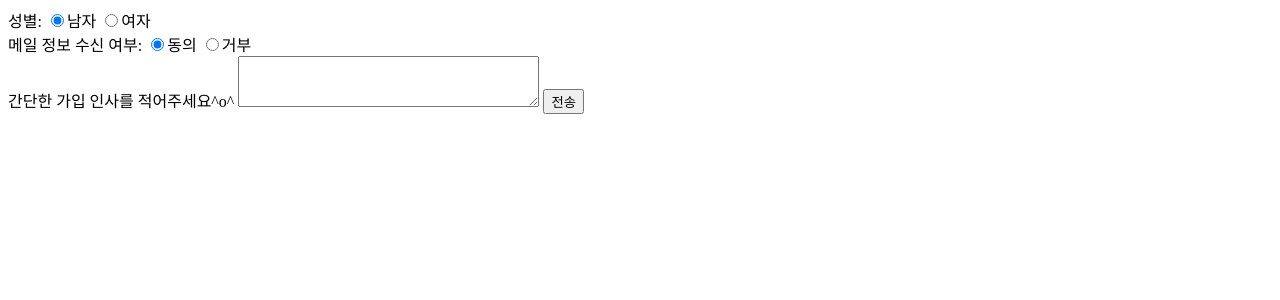
Repository: Yoon-jae-min/JSP-Servlet_Study
Page: http://localhost/web-study-02/08_radio.jsp
These files come from the project's save history. The page is drawn as it stood at one moment and after the next save; the edit follows.
The browser window is 1280 px wide. The pictures show the whole page.
The page is served by Tomcat 10. Other server files are loaded and not shown.

Above is the page before, as saved 2024-06-06 08:26:49.

### JSP&Servlet-Study/web-study-02/src/main/webapp/08_radio.jsp
<%@ page language="java" contentType="text/html; charset=EUC-KR"
    pageEncoding="EUC-KR"%>
<!DOCTYPE html>
<html>
<head>
<meta charset="EUC-KR">
<title>Insert title here</title>
</head>
<body>
	<form method="get" action="RadioServlet">
		<label for="gender">성별: </label>
		<input type="radio" id="gender" name="gender" value="남자" checked>남자
		<input type="radio" id="gender" name="gender" value="여자">여자<br>

		<label for="chk_mail">메일 정보 수신 여부: </label>
		<input type="radio" id="chk_mail" name="chk_mail" value="yes" checked>동의
		<input type="radio" id="chk_mail" name="chk_mail" value="no">거부<br>

		<label for="content">간단한 가입 인사를 적어주세요^o^</label>
		<textarea id="content" name="content" rows="3" cols="35"></textarea>
		<input type="submit" value="전송">
	</form>
</body>
</html>

After the next save:
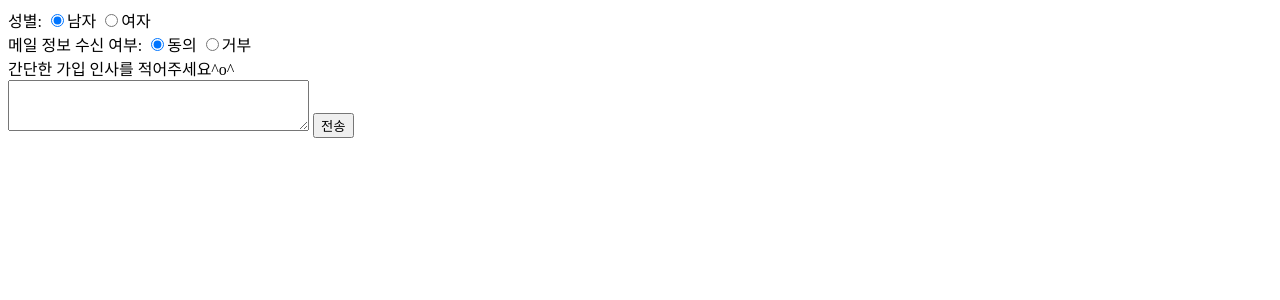
Saved 48 s later.
--- a/JSP&Servlet-Study/web-study-02/src/main/webapp/08_radio.jsp
+++ b/JSP&Servlet-Study/web-study-02/src/main/webapp/08_radio.jsp
@@ -16,7 +16,7 @@
 		<input type="radio" id="chk_mail" name="chk_mail" value="yes" checked>동의
 		<input type="radio" id="chk_mail" name="chk_mail" value="no">거부<br>
 
-		<label for="content">간단한 가입 인사를 적어주세요^o^</label>
+		<label for="content">간단한 가입 인사를 적어주세요^o^<br></label>
 		<textarea id="content" name="content" rows="3" cols="35"></textarea>
 		<input type="submit" value="전송">
 	</form>
